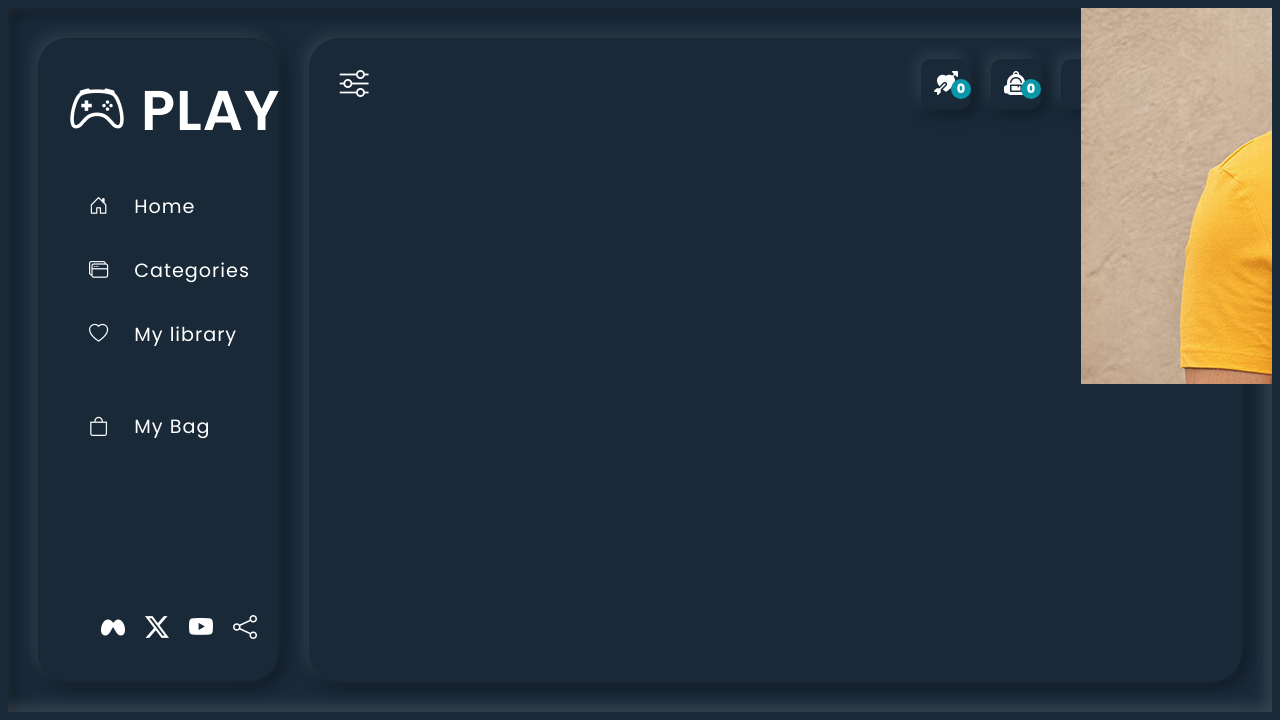
Repository: Ego-Wolf/Ecommerce-game-Reactjs
Page: /
The author's editor kept a copy of each file at every save. The page is drawn from the files as they stood at one save, then again after the next save.
The browser window is 1280 px wide. The pictures show the whole page.
The project was rebuilt for these pictures with package versions that can differ from the ones it lists, and the page was loaded fresh each time.

Above is the page before, as saved 2023-12-21 23:52:05.

After the next save:
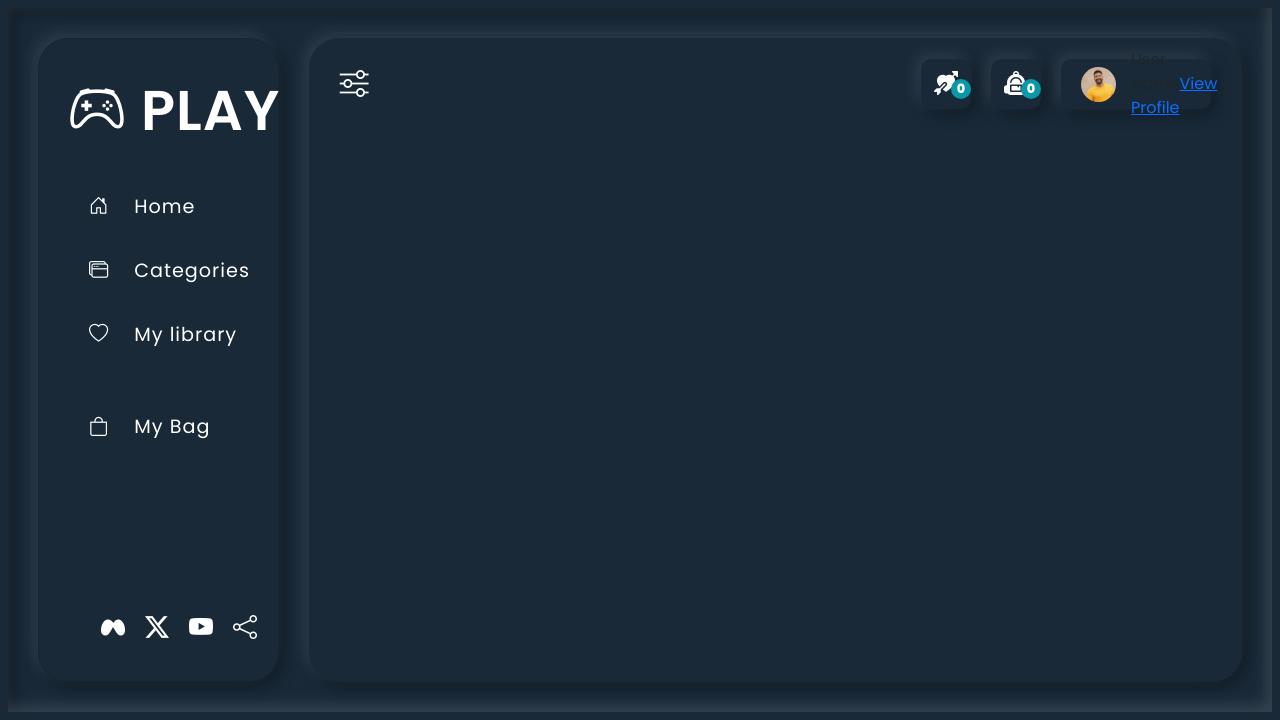
Saved 15 s later.
--- a/src/pages/Header.css
+++ b/src/pages/Header.css
@@ -65,3 +65,9 @@ header {
     box-shadow: -5px -5px 15px rgba(255, 255, 255, 0.1),
     5px 5px 15px rgba(0, 0, 0, 0.35);
 }
+
+.userItems .avatar img {
+    width: 35px;
+    height: 35px;
+    border-radius: 50%;
+}
